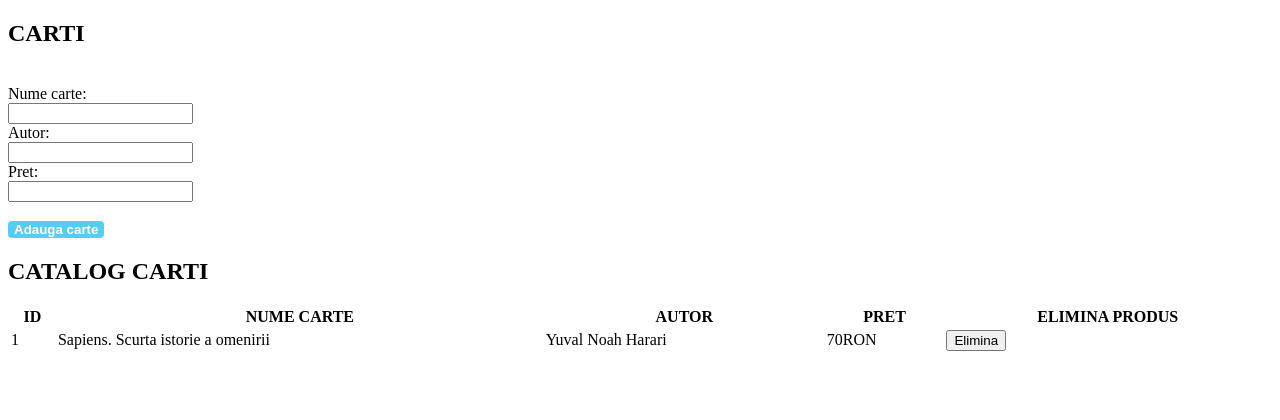
Repository: mireladavid/afacerielectronice
Page: frontend/index.html
The author's editor kept a record of every edit. The page is drawn from the files as they stood at one moment, then again after the next edit.
The browser window is 1280 px wide. The pictures show the whole page.
The page's requests for data from a server got no answer.

Above is the page before.

After the next edit:
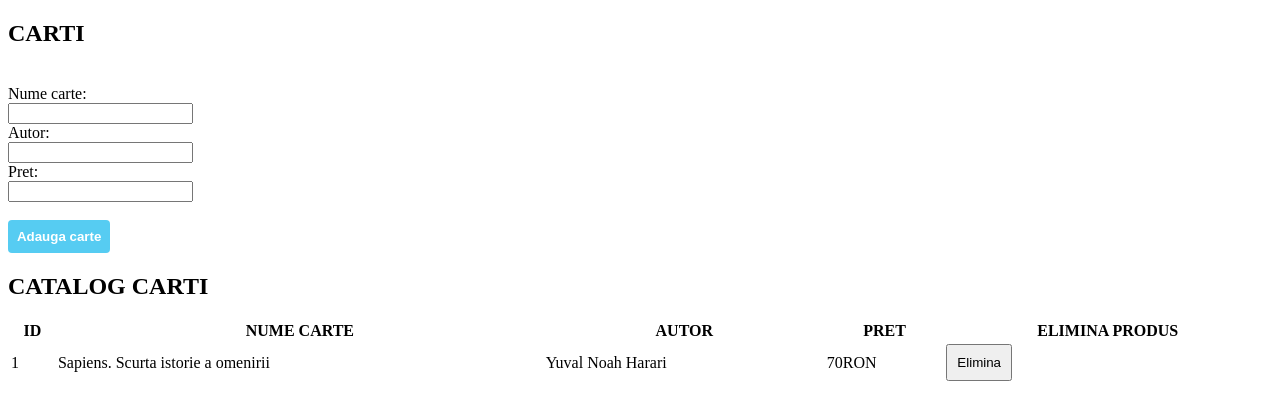
The edit:
--- a/frontend/styles.css
+++ b/frontend/styles.css
@@ -18,6 +18,14 @@
     margin-bottom: 15px;
 }
 
+
+.btn {
+    text-align: center;
+    vertical-align: middle;
+    padding: .67em .67em;
+    cursor: pointer;
+}
+
 .btn-primary {
     color: white;
     background-color: #56CCF2;
